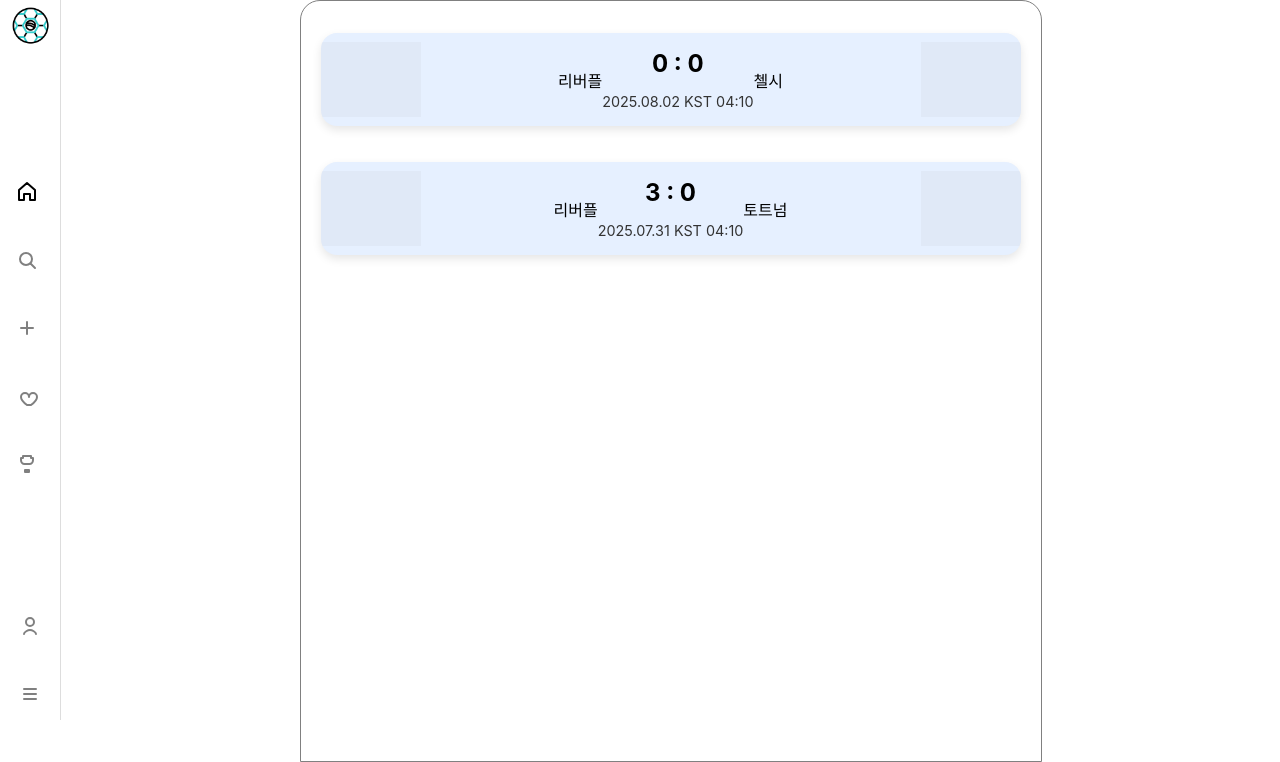
Repository: compick/compick_frontend
Page: /home
The author's editor kept a copy of each file at every save. The page is drawn from the files as they stood at one save, then again after the next save.
The browser window is 1280 px wide. The pictures show the whole page.
Pictures or frames that could not be fetched are drawn as grey boxes. The project was rebuilt for these pictures with package versions that can differ from the ones it lists, and the page was loaded fresh each time. Also part of the build but not shown: src/pages/login/LoginUser.js, src/pages/login/RegisterUser.js, src/styles/login.css.

Above is the page before, as saved 2025-07-31 17:53:47.

After the next save:
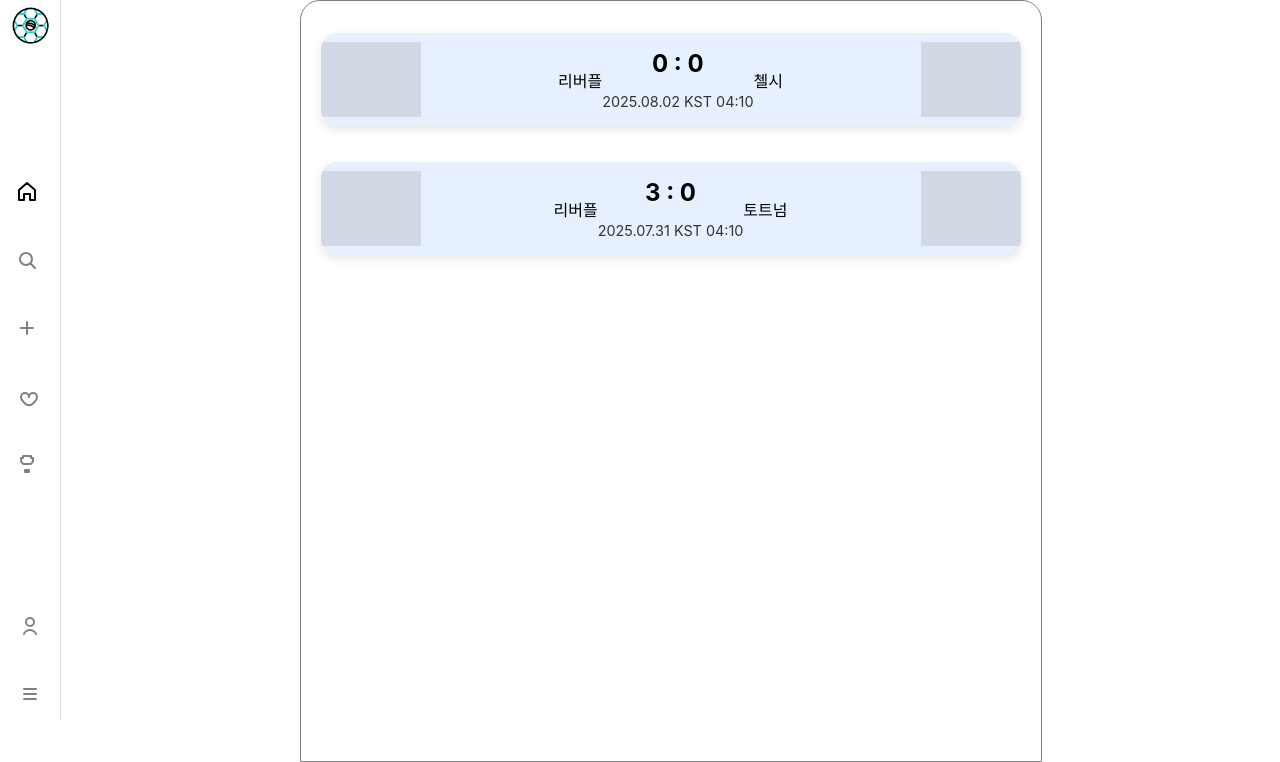
Saved 5 s later.
--- a/src/styles/body.css
+++ b/src/styles/body.css
@@ -43,7 +43,7 @@
   background-size: contain;
   background-repeat: no-repeat;
   background-position: center;
-  opacity: 0.08;
+  opacity: 0.28;
   z-index: 0;
 }
 .teamBg.left {
